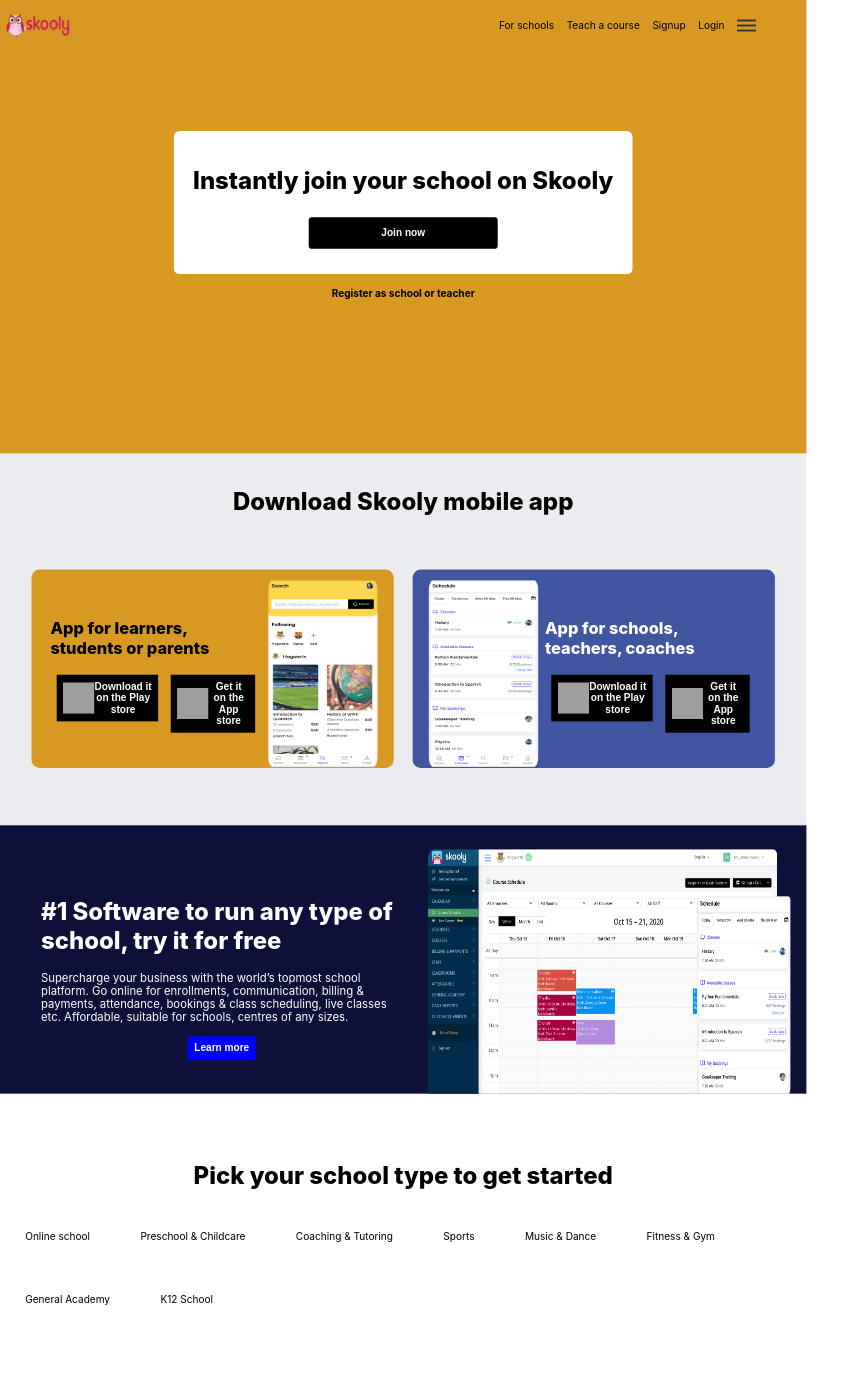
Repository: akankshaajoshi/Skooly-Clone
Page: /
The author's editor kept a copy of each file at every save. The page is drawn from the files as they stood at one save, then again after the next save.
The browser window is 1280 px wide. The page is 1360 px wide, so the pictures cover 1360 px, including what lies to the right of the window. The pictures show the whole page, at 63% of full size.
Pictures or frames that could not be fetched are drawn as grey boxes. The project was rebuilt for these pictures with package versions that can differ from the ones it lists, and the page was loaded fresh each time. Also part of the build but not shown: craco.config.js.

Above is the page before, as saved 2023-09-15 07:56:15.

After the next save:
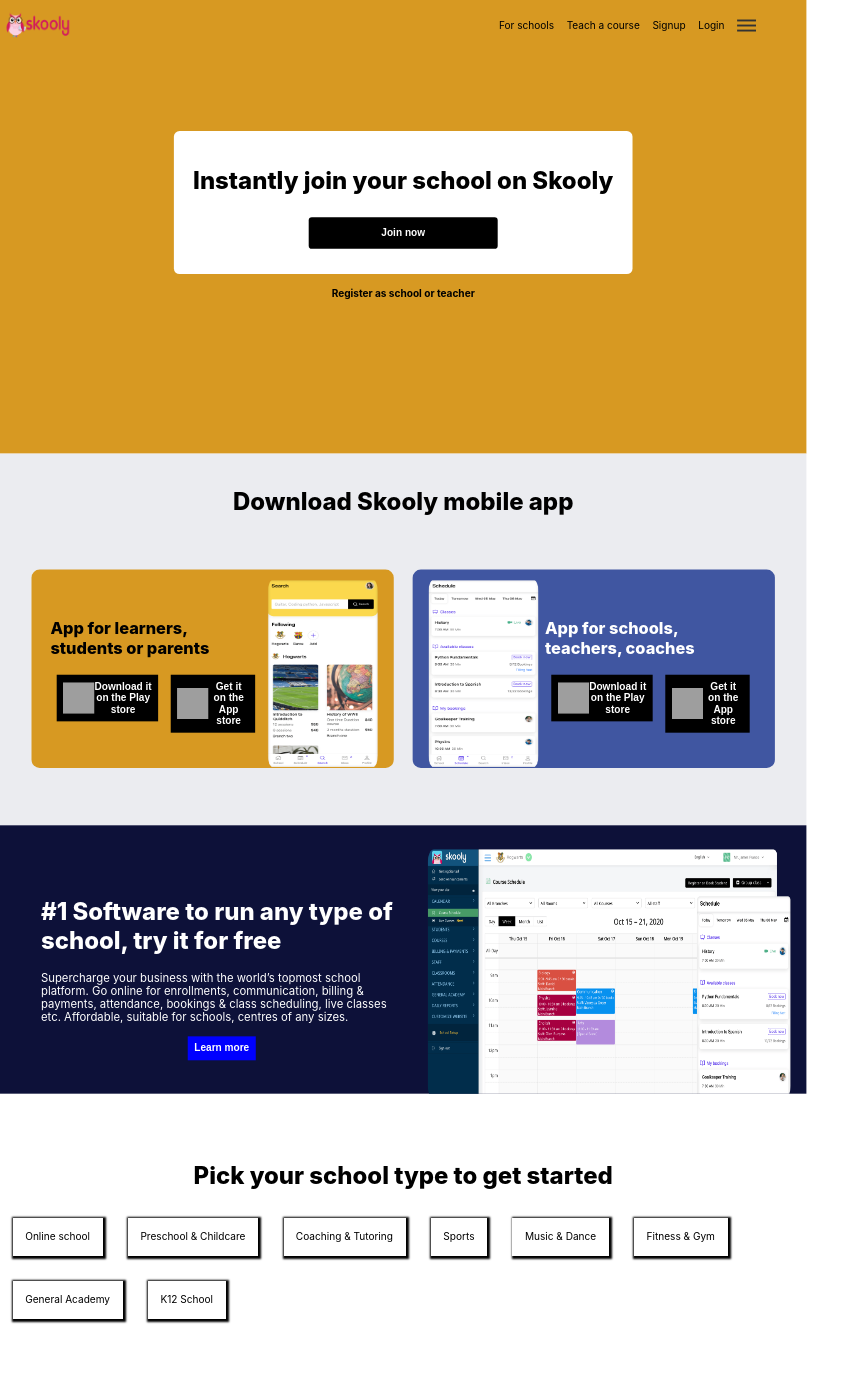
Saved 32 s later.
--- a/src/containers/SchoolTypeContainer/index.js
+++ b/src/containers/SchoolTypeContainer/index.js
@@ -17,6 +17,7 @@
 margin: 20px;
 padding: 20px;
 max-width: 200px;
+box-shadow: 2px 2px 3px 3px rgba(0, 0, 0, 1);
 `
 
 
